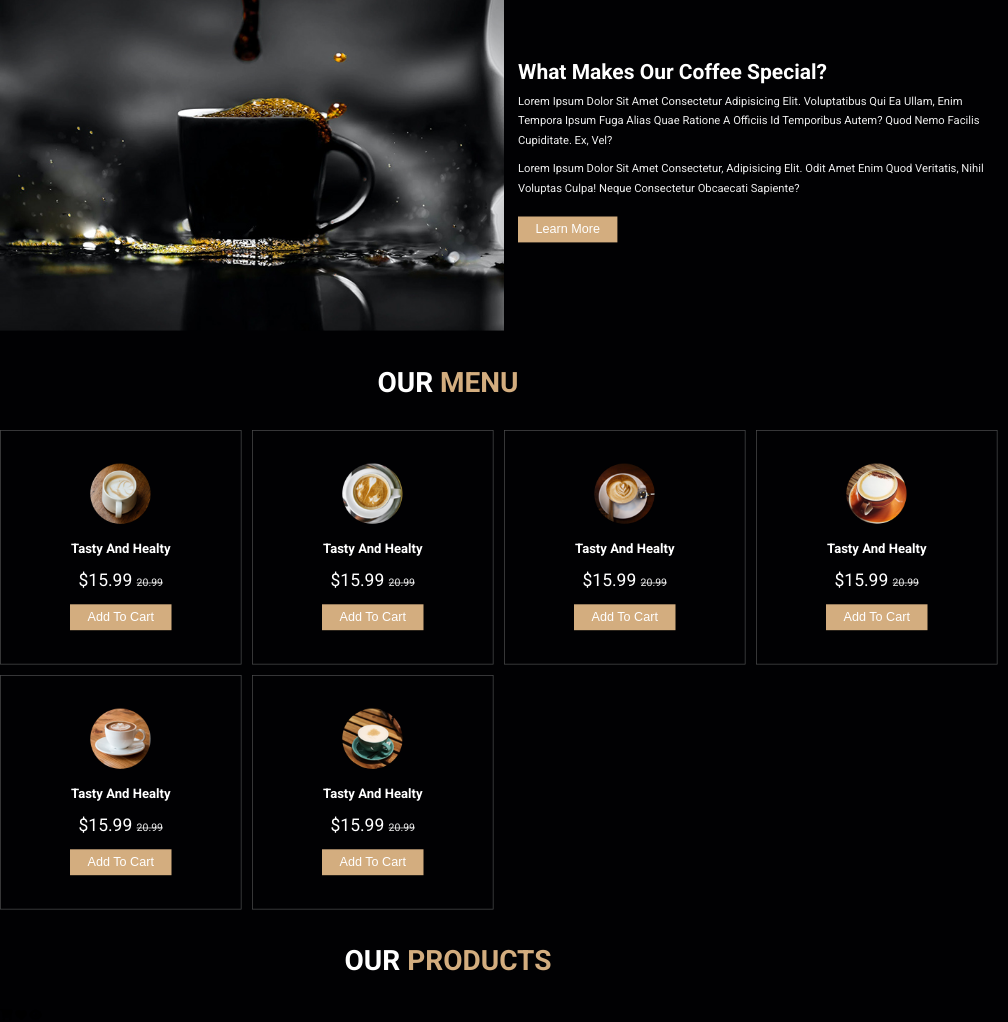
Repository: Dinhthai303/DinhThai
Page: index.html
These files come from the project's save history. The page is drawn as it stood at one moment and after the next save; the edit follows.
The browser window is 1280 px wide. The page is 1440 px wide, so the pictures cover 1440 px, including what lies to the right of the window. The pictures show the part of the page from y = 1126 to 2846 px (the page is 2586 px tall before and 2846 px after), at 70% of full size.

Above is the page before, as saved 2021-11-28 00:44:58.

### index.html
<!DOCTYPE html>
<html lang="en">

<head>
    <meta charset="UTF-8">
    <meta http-equiv="X-UA-Compatible" content="IE=edge">
    <meta name="viewport" content="width=device-width, initial-scale=1.0">
    <title>Document</title>
    <!-- FONT AWESOME -->
    <link rel="stylesheet" href="https://cdnjs.cloudflare.com/ajax/libs/font-awesome/6.0.0-beta3/css/all.min.css"
        integrity="sha512-Fo3rlrZj/k7ujTnHg4CGR2D7kSs0v4LLanw2qksYuRlEzO+tcaEPQogQ0KaoGN26/zrn20ImR1DfuLWnOo7aBA=="
        crossorigin="anonymous" referrerpolicy="no-referrer" />
    <!-- GOOLE FONT -->
    <link rel="preconnect" href="https://fonts.googleapis.com">
    <link rel="preconnect" href="https://fonts.gstatic.com" crossorigin>
    <link href="https://fonts.googleapis.com/css2?family=Roboto:wght@300;400;500;700&display=swap" rel="stylesheet">
    <!-- MAIN CSS -->
    <link rel="stylesheet" href="./css/style.css">
</head>

<body>
    <header class="header">
        <div class="container">
            <div class="header__content">
                <div class="header__logo">
                    <img src="./images/logo.png" alt="">
                </div>
                <ul class="header__menu">
                    <li class="header__item"><a class="header__link" href="#">Home</a></li>
                    <li class="header__item"><a class="header__link" href="#">About</a></li>
                    <li class="header__item"><a class="header__link" href="#">Menu</a></li>
                    <li class="header__item"><a class="header__link" href="#">Product</a></li>
                    <li class="header__item"><a class="header__link" href="#">Review</a></li>
                    <li class="header__item"><a class="header__link" href="#">Contact</a></li>
                    <li class="header__item"><a class="header__link" href="#">Blog</a></li>
                </ul>
                <div class="header__icon">
                    <i class="fa fa-search"></i>
                    <i class="fa fa-shopping-cart"></i>
                </div>
            </div>
        </div>
    </header>
    <section class="banner">
        <div class="banner__content">
            <img class="banner__image" src="./images/home-img.jpeg" alt="">
            <div class="banner__text">
                <h3 class="banner__title">FRESH COFFEE IN THE MORNING</h3>
                <p class="banner__desc">Lorem Ipsum, Dolor Sit Amet Consectetur Adipisicing Elit. Placeat Labore, Sint
                    Cupiditate Distinctio Tempora Reiciendis.</p>
                <button class="btn">Get Your now</button>
            </div>
        </div>
    </section>
    <section class="about">
        <h2 class="heading">About <span>us</span></h2>
        <div class="container">
            <div class="about__content">
                <div class="about__left">
                    <img class="about__image" src="./images/about-img.jpeg" alt="">
                </div>
                <div class="about__right">
                    <div class="about__text">
                        <h2 class="about__title">What Makes Our Coffee Special?</h2>
                        <p class="about__desc">Lorem Ipsum Dolor Sit Amet Consectetur Adipisicing Elit. Voluptatibus Qui
                            Ea Ullam, Enim Tempora Ipsum Fuga Alias Quae Ratione A Officiis Id Temporibus Autem? Quod
                            Nemo Facilis Cupiditate. Ex, Vel?</p>
                        <p class="about__desc">Lorem Ipsum Dolor Sit Amet Consectetur, Adipisicing Elit. Odit Amet Enim
                            Quod Veritatis, Nihil Voluptas Culpa! Neque Consectetur Obcaecati Sapiente?</p>
                        <button class="btn about__button">Learn More</button>
                    </div>
                </div>
            </div>
        </div>
    </section>
    <section class="menu">
        <h2 class="heading"><span>our</span> menu</h2>
        <div class="container">
            <div class="menu__content">
                <div class="menu__item">
                    <div class="menu__text">
                        <img src="./images/menu-1.png" alt="" class="menu__img">
                        <h3 class="menu__title">Tasty And Healty
                        </h3>
                        <div class="menu__price">$15.99 <span class="menu__price--old">20.99</span></div>
                        <button class="btn menu__button">Add To Cart</button>
                    </div>
                </div>
                <div class="menu__item">
                    <div class="menu__text">
                        <img src="./images/menu-2.png" alt="" class="menu__img">
                        <h3 class="menu__title">Tasty And Healty
                        </h3>
                        <div class="menu__price">$15.99 <span class="menu__price--old">20.99</span></div>
                        <button class="btn menu__button">Add To Cart</button>
                    </div>
                </div>
                <div class="menu__item">
                    <div class="menu__text">
                        <img src="./images/menu-3.png" alt="" class="menu__img">
                        <h3 class="menu__title">Tasty And Healty
                        </h3>
                        <div class="menu__price">$15.99 <span class="menu__price--old">20.99</span></div>
                        <button class="btn menu__button">Add To Cart</button>
                    </div>
                </div>
                <div class="menu__item">
                    <div class="menu__text">
                        <img src="./images/menu-4.png" alt="" class="menu__img">
                        <h3 class="menu__title">Tasty And Healty
                        </h3>
                        <div class="menu__price">$15.99 <span class="menu__price--old">20.99</span></div>
                        <button class="btn menu__button">Add To Cart</button>
                    </div>
                </div>
                <div class="menu__item">
                    <div class="menu__text">
                        <img src="./images/menu-5.png" alt="" class="menu__img">
                        <h3 class="menu__title">Tasty And Healty
                        </h3>
                        <div class="menu__price">$15.99 <span class="menu__price--old">20.99</span></div>
                        <button class="btn menu__button">Add To Cart</button>
                    </div>
                </div>
                <div class="menu__item">
                    <div class="menu__text">
                        <img src="./images/menu-6.png" alt="" class="menu__img">
                        <h3 class="menu__title">Tasty And Healty
                        </h3>
                        <div class="menu__price">$15.99 <span class="menu__price--old">20.99</span></div>
                        <button class="btn menu__button">Add To Cart</button>
                    </div>
                </div>
            </div>
        </div>
    </section>
    <section class="products">
        <h2 class="heading"><span>OUR</span> PRODUCTS</h2>
        <div class="container">
            <div class="products__content">
                <div class="products__item">
                    <div class="products__social">
                        <i class="fa fa-shopping-cart"></i>
                        <i class="fa fa-heart"></i>
                        <i class="fa fa-eye"></i>
                    </div>
                </div>
            </div>
        </div>
    </section>
    <section class="review"></section>
    <section class="contact"></section>
    <section class="blog"></section>
    <footer class="footer"></footer>
</body>

</html>

### css/style.css
*{
    margin: 0;
    padding: 0;
    box-sizing: border-box;
}
body{
    font-family: 'Roboto', sans-serif;
    background-color: #010103;
    font-weight: 400;
}
.heading{
    color: #D3AD7F;
    text-transform: uppercase;
    font-size: 40px;
    text-align: center;
    margin-bottom: 45px;
    margin-top: 50px;
}
.heading span{
    color: white;
}
.container{
    width: 1440px;
    margin: 0 auto;
}
.header{
    background-color: #010103;
    border-bottom: 1px solid #4D4E4F;
}
.header__content{
    display: flex;
    justify-content: space-between;
    align-items: center;
    background-color: #010103;
    padding: 15px 0;
}
.header__menu{
    display: flex;
    list-style: none;
    gap: 20px;
}
.header__item:hover .header__link{
    color: #D3AD7F;
}
.header__item:hover .header__link::after{
    opacity: 1;
    transform: translateY(7px);
}
.header__link::after{
    content: "";
    width: 100%;
    height: 2px;
    position: absolute;
    left: 0;
    bottom: 0;
    background-color: #D3AD7F;
    transition: all .5s;
    opacity: 0;
}
.header__link{
    position: relative;
    color: white;
    text-decoration: none;
}
.header__icon i{
    color: white;
    font-size: 23px;
    margin: 0 10px;
    cursor: pointer;
}
.header__icon i:hover{
    color: #D3AD7F;
}
.header__logo img{
    width: 70px;
}
.banner__content{
    position: relative;
    width: 100%;
    height: 850px;
}
.banner__image{
    width: 100%;
    height: 100%;
    object-fit: cover;
}
.banner__text{
    position: absolute;
    top: 50%;
    left: 120px;
    transform: translateY(-50%);
    width: 570px;
}
.banner__title{
    font-size: 58px;
    color: white;
}
.banner__desc{
    font-size: 20px;
    color: rgb(238, 238, 238);
    font-weight: lighter;
    line-height: 1.8;
    margin: 20px 0;
}
.btn{
    background-color: #D3AD7F;
    border: none;
    color: white;
    padding: 8px 25px;
    font-size: 18px;
}

.about__image{
    width: 100%;
    display: block;
}
.about__left, .about__right{
    width: 50%;
}
.about__content{
    display: flex;
}
.about__title{
    color: white;
    font-size: 30px;
}
.about__right{
    display: flex;
    align-items: center;
}
.about__desc{
    color: rgb(238, 238, 238);
    margin-top: 10px;
    line-height: 1.8;
}
.about__button{
    margin-top: 25px;
}
.about__text{
    margin-left: 20px;
}
.menu__content{
    display: flex;
    flex-wrap: wrap;
    gap: 15px;
}
.menu__item{
    width: calc(25% - 15px);
    border: 1px solid #4D4E4F;
    height: 335px;
    text-align: center;
    display: flex;
    justify-content: center;
    align-items: center;
}
.menu__title{
    color: white;
    margin-top: 20px;
}
.menu__price{
    color: white;
    font-size: 25px;
    margin: 20px 0;
}
.menu__price span{
    color: rgb(238, 238, 238);
    text-decoration: line-through;
    font-size: 15px;
}

After the next save:
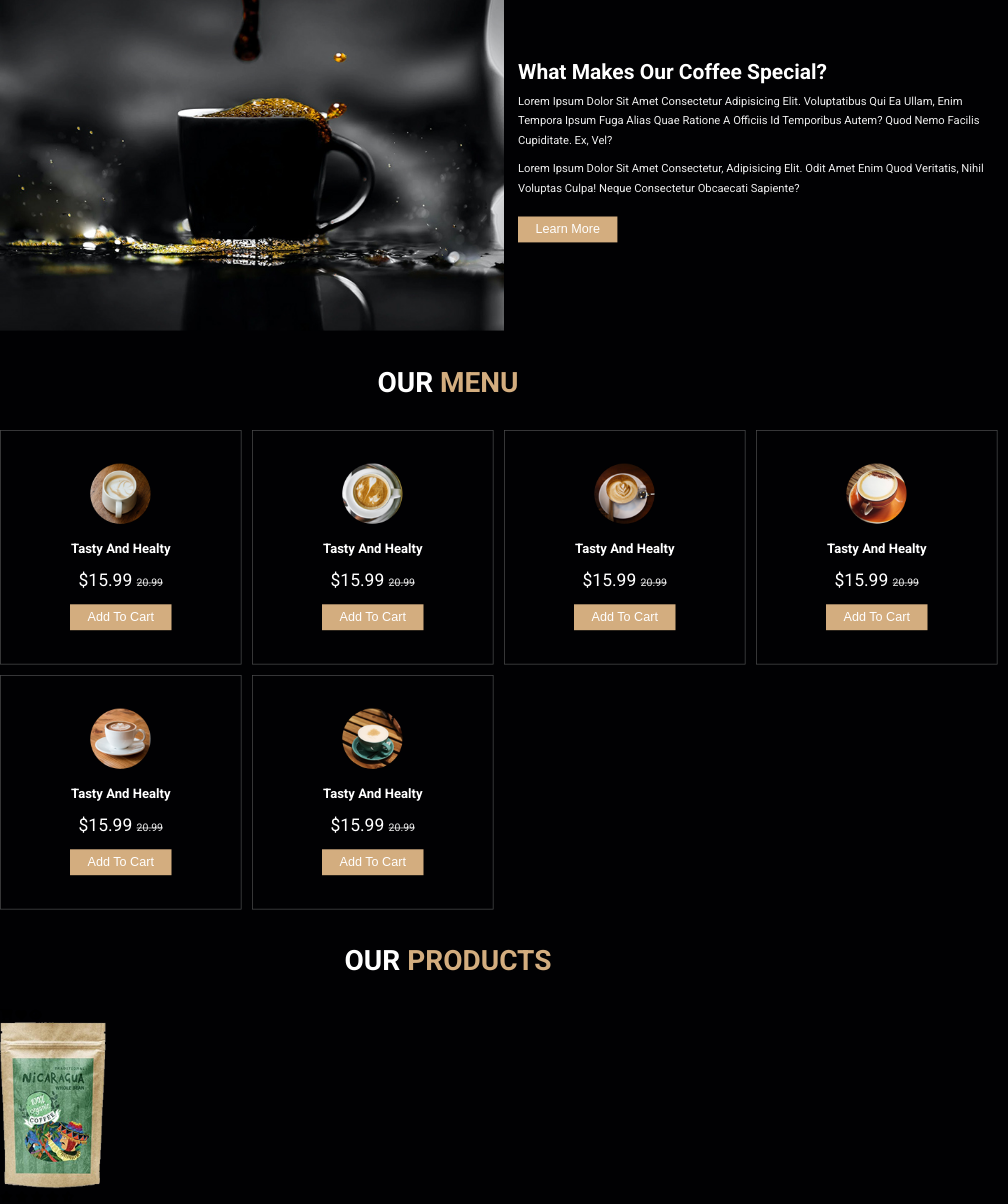
Saved 76 s later.
--- a/index.html
+++ b/index.html
@@ -144,6 +144,16 @@
                         <i class="fa fa-heart"></i>
                         <i class="fa fa-eye"></i>
                     </div>
+                    <div class="products__img">
+                        <img src="./images/product-1.png" alt="">
+                    </div>
+                    <div class="products__star">
+                        <i class="fa fa-star"></i>
+                        <i class="fa fa-star"></i>
+                        <i class="fa fa-star"></i>
+                        <i class="fa fa-star"></i>
+                        <i class="fa fa-star-half-alt"></i>
+                    </div>
                 </div>
             </div>
         </div>
